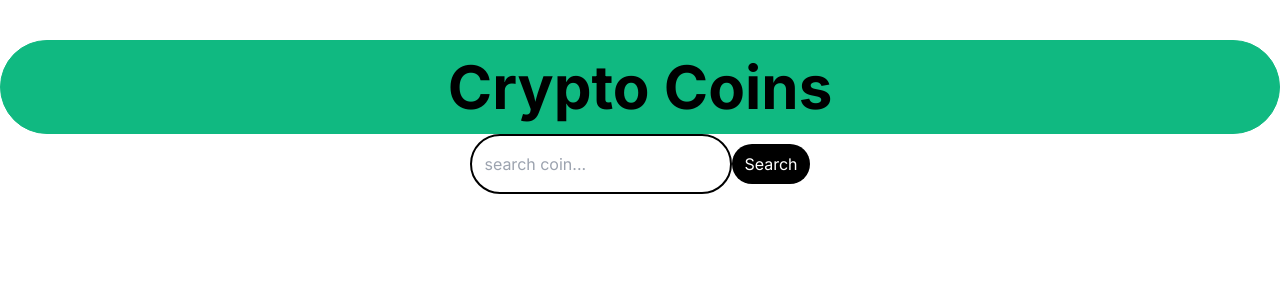
Repository: bittu-Patel/coins
Page: /
The author's editor kept a copy of each file at every save. The page is drawn from the files as they stood at one save, then again after the next save.
The browser window is 1280 px wide. The pictures show the whole page.
The page's requests for data from a server got no answer. The project was rebuilt for these pictures with package versions that can differ from the ones it lists, and the page was loaded fresh each time. The framework's server and built-in components were replaced by stand-ins that run in the browser. No one was signed in, and anything a server would have sent is missing. Also part of the build but not shown: next.config.js.

Above is the page before, as saved 2023-12-18 16:51:30.

### app/layout.js
import { Inter } from 'next/font/google'
import './globals.css'

const inter = Inter({ subsets: ['latin'] })

export const metadata = {
  title: 'Create coin App',
  description: 'Generated by create next app',
}

export default function RootLayout({ children }) {
  return (
    <html lang="en">
      <body className={inter.className}>{children}</body>
    </html>
  )
}

### app/page.js
"use client"

import { useState, useEffect } from "react"
import Coins from "./components/Coins";
import SearchCoins from "./components/SearchCoins";


export default function Home() {
const [coins, SetCoins] = useState([]);

useEffect(() => {
  const getCoins = async () => {
    const response = await fetch('/api/coins');
    const coins = await response.json();
    SetCoins(coins.data.coins);
  }

  getCoins();
  }, []);


  return (
   <div className="text-center">
<h1 className="font-bold text-6xl mt-10 py-4 border border-emerald-500 bg-emerald-500 rounded-full">Crypto Coins</h1>

<SearchCoins getSearchResults={(results) => SetCoins(results)}  />
<Coins coins={coins} />
   </div>
  )
}

### app/components/Coins.jsx
import Image from "next/image"

export default function Coins({coins}) {
  return (
    <>
    <ul className="grid grid-cols-4 mx-auto max-w-[1260px] gap-6">
{coins.map(coin => (
<li key={coin.uuid} className="flex flex-col gap-4 py-10">
    <Image
    src={coin.iconUrl}
    alt={coin.name}
width={70}
height={70}
    priority
    />
    <h3>{coin.name}</h3>
    <p>{coin.symbol}</p>
<p>{coin.price}</p>
</li>
))}
    </ul>
    </>
  )
}

### app/components/SearchCoins.jsx
"use client";
import Link from "next/link";
import { useState } from "react";

export default function SearchCoins({ getSearchResults }) {
  const [query, setQuery] = useState("");

  const handleSubmit = async (e) => {
    e.preventDefault();

    const response = await fetch(`/api/coins/search?query=${query}`);
    const coin = await response.json();

    getSearchResults(coin)
  };
  return (
    <div>
      <form onSubmit={handleSubmit}>
        <input
          className="text-black border-black border-2 rounded-full px-3 py-4  "
          type="text"
          placeholder="search coin... "
          value={query}
          onChange={(e) => setQuery(e.target.value)}
        />
        <button className="bg-black hover:bg-black/60 text-white rounded-full px-3 py-2 " type="submit">Search</button>
      </form>
    </div>
  );
}

Loaded but not shown: app/globals.css (common file); tailwind.config.js (common file)

After the next save:
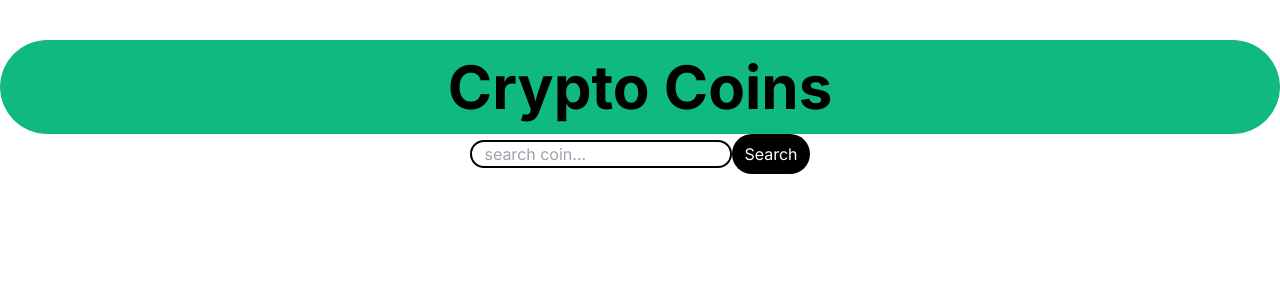
Saved 5 s later.
--- a/app/components/SearchCoins.jsx
+++ b/app/components/SearchCoins.jsx
@@ -17,7 +17,7 @@ export default function SearchCoins({ getSearchResults }) {
     <div>
       <form onSubmit={handleSubmit}>
         <input
-          className="text-black border-black border-2 rounded-full px-3 py-4  "
+          className="text-black border-black border-2 rounded-full px-3 py-  "
           type="text"
           placeholder="search coin... "
           value={query}
